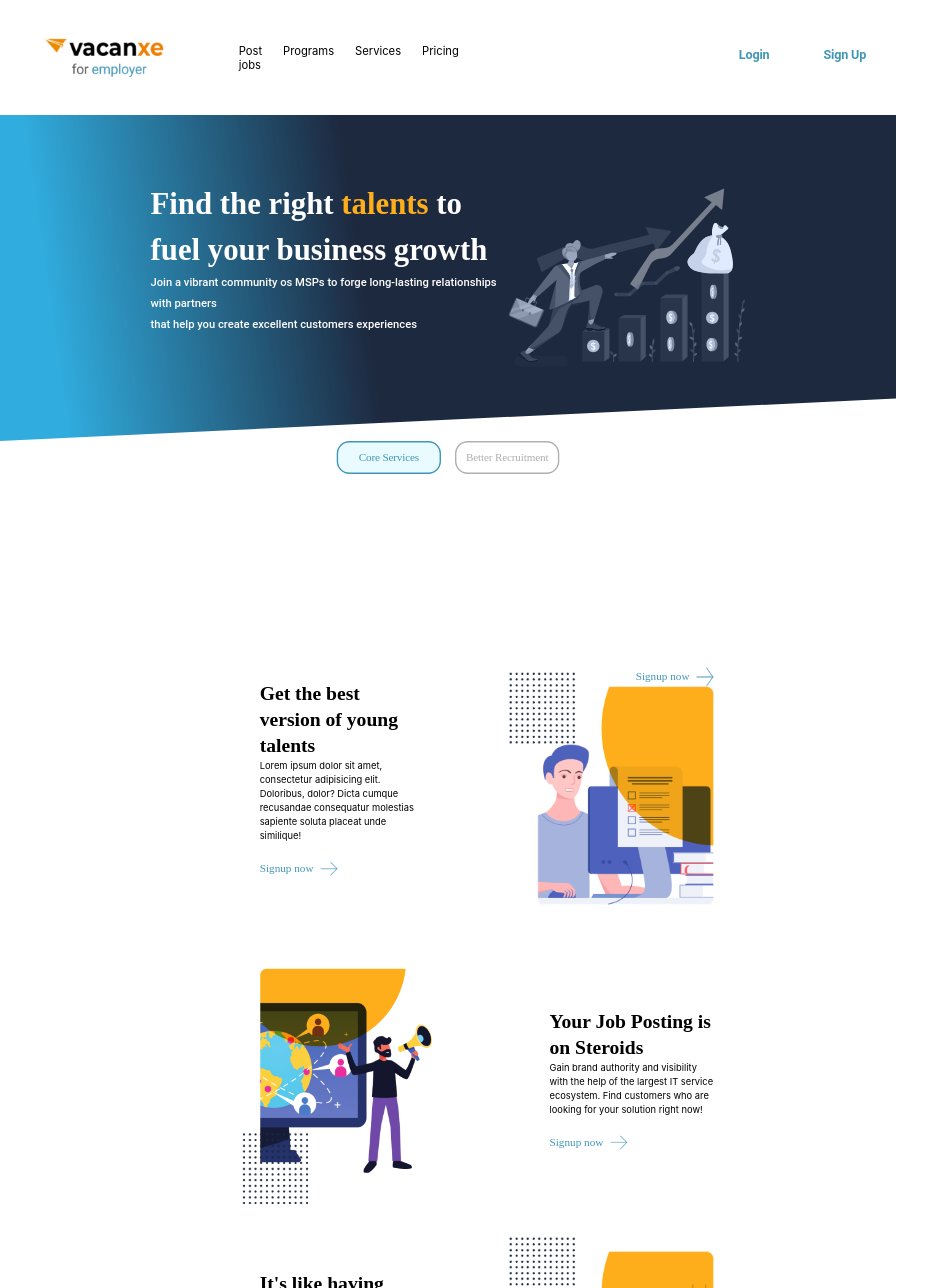
Repository: uh-sman/Vacanxe
Page: /
The author's editor kept a copy of each file at every save. The page is drawn from the files as they stood at one save, then again after the next save.
The browser window is 1280 px wide. The page is 1287 px wide, then 1347 px, so the pictures cover 1347 px, including what lies to the right of the window. The pictures show the part of the page from y = 0 to 1840 px (the page is 3738 px tall), at 70% of full size.
The project was rebuilt for these pictures with package versions that can differ from the ones it lists, and the page was loaded fresh each time. Also part of the build but not shown: src/components/SideNav.jsx.

Above is the page before, as saved 2022-12-04 14:01:54.

### src/App.js
import logo from "./logo.svg";
import "./App.css";
import Head from "./components/Head";

function App() {
  return (
    <div className="App">
      <Head />
    </div>
  );
}

export default App;

### src/App.css
* {
  margin: 0;
  padding: 0;
  box-sizing: border-box;
  list-style: none;
  text-decoration: none;
  /* overflow: hidden; */
}
/* @keyframes App-logo-spin {
  from {
    transform: rotate(0deg);
  }
  to {
    transform: rotate(360deg);
  }
} */

### src/components/Head.js
import React from "react";
import { Body } from "./Body";
import { Footer } from "./Footer";
import { Hero } from "./Hero";
import { Navbar } from "./Navbar";
import { Team } from "./Team";

const Head = () => {
  return (
    <div>
      <Navbar />
      <Hero />
      <Body />
      <Team />
      <Footer />
    </div>
  );
};

export default Head;

### src/components/Body.jsx
import React from "react";
import "./version.css";
import { Services } from "./Services";
import { Versions } from "./Versions";
export const Body = () => {
  return (
    <div>
      <Services />
      <div className="flex">
        <Versions />
      </div>
    </div>
  );
};

### src/components/Footer.jsx
import React from "react";
import logo from "../assets/logo 1.png";
import "./footer.css";
export const Footer = () => {
  return (
    <div>
      <div className="footer-section">
        <div className="image-logo">
          <img src={logo} />
        </div>
        <div className="footer-texts">
          <div className="div">
            <p className="text">
              Your ultimate email solution to grow business and engaging with
              future customers and clients.
            </p>
            <button className="button">Ask Question</button>
          </div>
          <div className="div">
            <ul>
              <h4>Community</h4>
              <li>For Talents</li>
              <li>For Companies</li>
              <li>Facebook Group</li>
              <li>FAQ</li>
            </ul>
          </div>
          <div className="div">
            <ul>
              <h4>About us</h4>
              <li>Meet the Team</li>
              <li>Our Story</li>
              <li>Career</li>
            </ul>
          </div>
          <div className="div">
            <ul>
              <h4>Contacts</h4>
              <p>
                Feel free to get in touch with us via phone or send us a message
              </p>
            </ul>
          </div>
        </div>
        <div className="div">
          <ul>
            <li className="copyright">
              &copy;Vacanxe 2022, All Rights Reserved
            </li>
            <li></li>
          </ul>
        </div>
      </div>
    </div>
  );
};

### src/components/Hero.jsx
import React from "react";
import "./hero.css";
import partner from "../assets/Partner.svg";
export const Hero = () => {
  return (
    <div className="hero">
      <div>
        <div className="container">
          <div className="hero-container">
            <div className="hero-content">
              <h1 className="header">
                Find the right <span>talents</span> to fuel your business growth
              </h1>
              <small className="text">
                Join a vibrant community os MSPs to forge long-lasting
                relationships with partners
                <br /> that help you create excellent customers experiences
              </small>
            </div>
            <div>
              <img src={partner} className="partner-img" />
            </div>
          </div>
        </div>
      </div>
    </div>
  );
};

### src/components/Navbar.jsx
import React from "react";
import logo from "../assets/logo 1.png";
import { data } from "./data";
import { signin } from "./data";
import "./navbar.css";
import { SideNav } from "./SideNav";
export const Navbar = () => {
  return (
    <div>
      <nav className="navbar-container">
        <div>
          <img src={logo} />
        </div>
        <div className="navbar-nav">
          {data.map(({ id, title }) => {
            return (
              <ul key={id}>
                <li>{title}</li>
              </ul>
            );
          })}
        </div>
        {/* <SideNav /> */}
        <div className="link">
          {signin.map(({ id, title }) => {
            return (
              <a href="" key={id}>
                {title}
              </a>
            );
          })}
        </div>

        <div></div>
      </nav>
    </div>
  );
};

//  <div className="nav-list"></div>;
// {
// }
//

### src/components/Team.jsx
import React from "react";
import { ContactInfo } from "./ContactInfo";
import { Form } from "./Form";
import "./team.css";
export const Team = () => {
  return (
    <div>
      <div className="team-container">
        <div className="team">
          <div className="build">
            <div className="team-header">
              <h1>
                <span className="custom"> Build</span> Your Dream Team !
              </h1>
              <small className="small">
                Start your team development with a free consultation. Fill out
                the form and Vacanxe representative will contact you.
              </small>
            </div>
            <div className="flexed">
              {" "}
              <div>
                <Form />
              </div>
              <div>
                <ContactInfo />
              </div>
            </div>
          </div>
        </div>
      </div>
    </div>
  );
};
// ;

### src/components/version.css
.version-link {
  font-family: Poppins;
  font-size: 16px;
  font-weight: 500;
  line-height: 28px;
  letter-spacing: 0em;
  color: #4196b8;
  text-align: center;
}
.versions-container {
  margin-top: 80px;
}
.versions-section1 {
  /* display: grid; */
  /* place-items: center; */
  display: flex;
  gap: 162.58px;
  justify-content: center;
  align-items: center;
  margin-bottom: 80px;
  /* padding: 86px 50px; */

  /* grid-template-columns: 1fr 1fr; */
}
.versions-section2 {
  /* display: grid; */
  /* place-items: center; */
  display: flex;
  gap: 162.58px;
  justify-content: center;
  align-items: center;
  margin: auto;
  /* padding: 86px 50px; */

  /* grid-template-columns: 1fr 1fr; */
}
.versions-section1 {
  /* display: grid; */
  /* place-items: center; */
  display: flex;
  gap: 162.58px;
  justify-content: center;
  align-items: center;
  margin: auto;
  padding-top: 86px;
  padding-left: 110px;

  /* grid-template-columns: 1fr 1fr; */
}
.text-section {
  width: 20%;
}
.h2 {
  font-family: Poppins;
  font-size: 28px;
  font-weight: 700;
  line-height: 37px;
  letter-spacing: 0em;
  /* text-align: left; */
  /* width: 379px;
  height: 74px; */

  /* font-family: "Poppins";
  font-style: normal;
  font-weight: 700;
  font-size: 28px;
  line-height: 37px; */
}
.man {
  height: 313.4984436035156px;
  width: 251.41943359375px;
  /* left: 872.580078125px;
top: 830.1708984375px;
border-radius: [object Object]px; */
}
.flex {
  display: flex;
  gap: 36px;
}
/* .versions-container {
  display: flex;
  flex-direction: column;
  justify-content: center;
  align-items: center;
  margin: auto;
} */
.dotted {
  position: absolute;
  margin-top: -20px;
  margin-left: -40px;
}
.dotted-2 {
  position: absolute;
  margin-top: 235px;
  margin-left: -24px;
}
.arrow {
  margin-top: 24px;
  display: flex;
  align-items: center;
  gap: 10px;
}
.arrow1 {
  margin-top: 24px;
  display: flex;

  /* align-items: flex-end; */
  justify-content: flex-end;
  gap: 10px;
}
@media only screen and (max-width: 950px) {
  .versions-section1 {
    flex-direction: column;
    padding-left: 0px;
  }
  .text-section {
    width: 60%;
  }
}

### src/components/Services.jsx
import React from "react";
import "./services.css";
export const Services = () => {
  return (
    <div>
      <div>
        <ul className="services-button-section">
          <a className="btn-core">Core Services</a>
          <a className="btn-better">Better Recruitment</a>
        </ul>
      </div>
    </div>
  );
};

### src/components/Versions.jsx
import React from "react";
import "./version.css";
import man from "../assets/computer.png";
import img from "../assets/Group 1.png";
import img2 from "../assets/Group_4.png";
import arrow from "../assets/Group.png";
import dotted from "../assets/Dot Pattern 1.png";
export const Versions = () => {
  return (
    <div>
      <div className="versions-container">
        <div className="versions-section1">
          <div className="text-section">
            <h2 className="h2">Get the best version of young talents</h2>
            <small>
              Lorem ipsum dolor sit amet, consectetur adipisicing elit.
              Doloribus, dolor? Dicta cumque recusandae consequatur molestias
              sapiente soluta placeat unde similique!
            </small>
            <div className="arrow">
              <a className="version-link">Signup now </a>
              <img src={arrow} />
            </div>
          </div>
          <div>
            <div className="arrow1">
              <a className="version-link">Signup now </a>
              <img src={arrow} />
            </div>
            <img src={dotted} className="dotted" />
            <img src={man} className="man" />
          </div>
        </div>
        <div className="versions-section1">
          <div>
            <img src={dotted} className="dotted-2" />
            <img src={img} className="man" />
          </div>
          <div className="text-section">
            <h2 className="h2">Your Job Posting is on Steroids</h2>
            <small>
              Gain brand authority and visibility with the help of the largest
              IT service ecosystem. Find customers who are looking for your
              solution right now!
            </small>
            <div className="arrow">
              <a className="version-link">Signup now </a>
              <img src={arrow} />
            </div>
          </div>
        </div>
        <div className="versions-section1">
          <div className="text-section">
            <h2 className="h2">
              It's like having Your Recruitment on autopilot
            </h2>
            <small>
              Share collaterals abd documents that are automatically branded.
              Leverage a rich partner network that sells your solution exactly
              the your best salesman would.
            </small>
            <div className="arrow">
              <a className="version-link">Signup now </a>
              <img src={arrow} />
            </div>
          </div>
          <div>
            <img src={dotted} className="dotted" />
            <img src={img2} className="man" />
          </div>
        </div>
      </div>
    </div>
  );
};

### src/components/footer.css
.footer-section {
  background: #1d293f;
  /* height: 533px; */
  /* width: 1600px; */
  /* left: 127px; */
  /* top: 0px;
  border-radius: 0px; */
}

.image-logo {
  position: absolute;
  /* top: 0; */
  margin-top: -120px;
  /* left: -2px; */
  /* display: flex;
  align-items: center;
  justify-content: center; */
  background-color: white;
  padding-top: 140px;
  padding-left: 30px;
  /* width: 25%; */
  /* height: 40%; */
  /* padding: 10px; */
  height: 255px;
  width: 255px;
  left: -30px;
  /* top: -105px; */
  border-radius: 0px;

  border-radius: 50%;
}
.button {
  border: none;
  margin-top: 28px;
  color: white;
  background: #00b6ff;
  padding: 10px 30px;
  border-radius: 10px;
}
.ultimate-email {
  color: white;
  position: absolute;
  margin-top: 180px;
  padding-left: 245px;
  /* height: 84px;
  left: 21.54%;
  right: 63.06%;
  top: calc(50% - 84px / 2 - 108.5px); */
}
.footer-texts {
  color: #ffff;
  display: grid;
  padding-top: 80px;
  padding-left: 50px;
  /* margin-left: 120px; */
  margin: 0px 80px;
  place-items: center;
  /* margin-right: 40px; */
  margin-top: 180px;
  grid-template-columns: 1fr 1fr 1fr 1fr;
  padding-bottom: 124px;
  border-bottom: 1px solid #8c97ac;
}
.footer-texts h4 {
  color: #8c97ac;
  margin-bottom: 16px;
}
/* .ultimate-email p {
  width: 40%;
} */
.text {
  margin-top: 100px;
  color: #8c97ac;
}
.copyright {
  color: #8c97ac;
  padding: 10px 90px;
}
@media only screen and (min-width: 650px) and (max-width: 1200px) {
  .footer-texts {
    padding-top: 150px;
    grid-template-columns: 1fr 1fr;
    text-align: center;
  }
  .text {
    margin-top: 0px;
  }
  .div {
    margin-bottom: 40px;
  }
}
@media only screen and (max-width: 650px) {
  .footer-texts {
    padding-left: 0px;
    padding-top: 180px;
    grid-template-columns: 1fr;
    text-align: center;
  }
  .text {
    margin-top: 0px;
  }
  .div {
    margin-bottom: 40px;
  }
}

### src/components/hero.css
.hero-container {
  /* position: relative; */
  display: flex;
  justify-content: center;
  /* align-items: center; */
  /* gap: 10px; */
  background: linear-gradient(
    261.8deg,
    #1d293f 59.05%,
    rgba(0, 153, 214, 0.81) 92.75%
  );
  clip-path: polygon(0 0, 100% 0, 100% 87%, 0% 100%);
  height: 466px;

  /* height: 400px; */
  /* width: 1511.9998779296875px; */
  /* left: 0px;
  top: 133px; */
  border-radius: 0px;
}
/* .hero {
  position: relative;
} */
.header {
  color: white;
  font-family: Poppins;
  font-size: 44px;
  font-weight: 700;
  /* width: 40%; */
  /* position: absolute; */
  /* margin-left: 30%; */
  line-height: 65px;
  letter-spacing: 0em;
  /* text-align: center; */
}
.header span {
  color: #ffae1b;
  /* height: 130px; */
  /* width: 620px; */
  /* left: 84.5px;
  top: 0px;
  border-radius: nullpx; */
}
.hero-content {
  color: white;
  padding-top: 95px;
  width: 40%;
}
.text {
  color: white;
  /* padding-top: -40px; */
  /* position: absolute; */
  /* width: 36%; */
  padding-top: 30px;
  /* margin-left: 30%; */
  font-family: Roboto;
  font-size: 16px;
  font-weight: 500;
  line-height: 30px;
  /* text-align: center; */
  letter-spacing: 0em;
}
/* .container {
  display: flex;
} */
.partner-img {
  margin-top: 30%;
  /* height: 259.00042724609375px;
  width: 337.5585021972656px;
  left: 1069px;
  top: 238.9998779296875px;
  border-radius: 0px; */
  /* position: absolute; */
  /* left: 70.7%; */
  /* right: 6.97%; */
  /* top: 6.33%; */
  /* bottom: 86.8%; */

  mix-blend-mode: luminosity;
}
@media only screen and (max-width: 950px) {
  .hero-container {
    align-items: center;
    height: 1000px;
    flex-direction: column;
    /* flex-wrap: wrap; */
  }
  .hero-content {
    padding-top: 0px;
  }
  .partner-img {
    margin-top: 20px;
    margin-bottom: 90px;
  }
  /* .hero-content {
    width: 100vw;
  } */
}

### src/components/data.js
export const data = [
  {
    id: 1,
    title: "Post jobs",
  },
  {
    id: 2,
    title: "Programs",
  },
  {
    id: 3,
    title: "Services",
  },
  {
    id: 4,
    title: "Pricing",
  },
];

export const signin = [
  {
    id: 1,
    title: "Login",
  },
  {
    id: 2,
    title: "Sign Up",
  },
];

### src/components/navbar.css
.navbar-container {
  display: flex;
  align-items: center;
  justify-content: space-between;
  margin: 50px 60px;
  gap: 100px;
}
.nav-list {
  display: flex;
  gap: 30px;
}
.navbar-nav {
  margin-right: 180px;
  display: flex;
  gap: 30px;
}
.nav-list ul li {
  height: 43px;
  width: 83px;
  left: 770px;
  top: 36px;
  /* border-radius: nullpx; */
}
.link {
  /* margin-right: 80px; */
  display: flex;
  margin-left: 120px;
  /* justify-content: flex-end; */
  /* align-items: flex-end; */
  gap: 10px;
}
.link a {
  font-family: Roboto;
  font-size: 18px;
  font-weight: 700;
  line-height: 21px;
  letter-spacing: -0.015em;
  text-align: left;

  color: #4196b8;
  height: 31px;
  width: 111px;
  left: 1221px;
  top: 47px;
  /* border-radius: nullpx; */
}
.burger-img {
  width: 50px;
}
@media only screen and (max-width: 1200px) {
  .navbar-nav {
    display: none;
  }
  .sidebar-container {
    /* display: inline-block; */
    /* margin: 0 0.5rem; */
    /* animation: slideInRight 2s; */
    /* animation-duration: 2s; */
    border-top-left-radius: 10px;
    border-bottom-left-radius: 10px;
    height: 100%;
    width: 60%;
    top: 0px;
    right: 0px;
    background-color: #222222;
    position: fixed;
  }
}

### src/components/ContactInfo.jsx
import React from "react";
import "./contact.css";
import location from "../assets/Location.png";
import message from "../assets/Message.png";
import twitter from "../assets/twitter.png";
import facebook from "../assets/facebook.png";
import instagram from "../assets/instagram.png";
import linkedin from "../assets/linkedin.png";
import stroke from "../assets/Stroke 5.png";
export const ContactInfo = () => {
  return (
    <div>
      <div className="contact-container">
        <h1 className="header-text">Contact info:</h1>
        <div className="contact-section">
          <div>
            <p className="contact">
              <img src={location} /> 4157 Washington Ave. Manchester, Kentucky
              39495
            </p>
          </div>
          <div>
            <ul className="contact-list">
              <div>
                <img src={stroke} />
              </div>
              <div>
                <li>(505) 555-0119</li>
                <li>(505) 555-0120</li>
                <li>(505) 555-0125</li>
              </div>
            </ul>
          </div>
          <div>
            <p className="contact">
              <img src={message} /> Consult@Vacanxe.com
            </p>
          </div>
          <div>
            <h2>Follow us:</h2>
            <div className="socials">
              <img src={facebook} />
              <img src={twitter} />
              <img src={linkedin} />
              <img src={instagram} />
            </div>
          </div>
        </div>
      </div>
    </div>
  );
};

### src/components/Form.jsx
import React from "react";
import { ContactInfo } from "./ContactInfo";
import "./form.css";
export const Form = () => {
  return (
    <div>
      <div className="team-section">
        <div>
          <form className="form-container">
            <div className="form">
              <label>Your name</label>
              <input className="input-field" placeholder="Enter your name" />
            </div>
            <div className="form">
              <label>Your email</label>
              <input className="input-field" placeholder="Enter your email" />
            </div>
            <div className="form">
              <label>Your Phone Number</label>
              <input
                className="input-field"
                placeholder="Enter your phone number"
              />
            </div>
            <div className="form">
              <label>Your Company Name</label>
              <input
                className="input-field"
                placeholder="Enter your Company Name"
              />
            </div>
            <div className="form">
              <label>Message</label>
              <input className="message" placeholder="Type here..." />
            </div>
            <button className="form-button">Consult with us</button>
          </form>
        </div>
      </div>
    </div>
  );
};

### src/components/team.css
.team-container {
  background: #f4fbff;
  /* height: 1101px; */
  /* width: 1539px; */
  /* left: -14px;
top: 2142px; */
  border-radius: 0px;
}
.custom {
  border-bottom: 4px solid #4eb9e3;
}
.build {
  color: #4b4c4e;
}
.flexed {
  margin: 73px 0px;
  display: flex;
  gap: 98px;
}
.team {
  display: flex;
  justify-content: center;
  padding: 64px 0px;
}
/* .small {
  padding-bottom: 73px;
} */
@media only screen and (max-width: 950px) {
  .flexed {
    flex-direction: column;
  }
  .team-header {
    text-align: center;
  }
}

### src/components/services.css
.services-button-section {
  display: flex;
  gap: 20px;
  justify-content: center;

  margin-bottom: 86px;
}
.btn-core {
  font-family: Poppins;
  font-size: 16px;
  font-weight: 500;
  line-height: 24px;
  letter-spacing: -0.015em;
  text-align: center;
  border: 2px solid #4196b8;
  height: 47px;
  width: 149px;
  display: flex;
  align-items: center;
  justify-content: center;
  border-radius: 18px;
  background-color: #e9fbff;
  color: #4196b8;
}
.btn-better {
  font-family: Poppins;
  font-size: 16px;
  font-weight: 500;
  line-height: 24px;
  letter-spacing: -0.015em;
  text-align: center;
  border: 2px solid #afafaf;
  height: 47px;
  width: 149px;
  display: flex;
  align-items: center;
  justify-content: center;
  border-radius: 18px;
  background-color: #ededed 10%;
  color: #afafaf;
}
@media only screen and (max-width: 450px) {
  .services-button-section {
    gap: 20px;
    flex-direction: column;
    align-items: center;
    margin-bottom: 0px;
  }
}

### src/components/contact.css
.header-text {
  /* height: 28px;
  width: 132px;
  left: 931px;
  top: 2435px;
  border-radius: nullpx; */
}
.contact {
  display: flex;
  align-items: center;
  gap: 20px;
}
.contact-section {
  display: flex;
  flex-direction: column;
  gap: 40px;
  margin: 30px 0px;
}
.contact-list {
  display: flex;
  gap: 20px;
}
.socials {
  margin-top: 16px;
  display: flex;
  gap: 10px;
}
@media only screen and (max-width: 750px) {
  .contact-container {
    padding: 0px 30px;
  }
}

### src/components/form.css
.form {
  display: flex;
  flex-direction: column;
}
.form label {
  height: 22px;
  width: 78px;
  left: 263px;
  top: 2409px;
  border-radius: nullpx;
}
.input-field {
  padding: 0px 24px;
  height: 55px;
  width: 574px;
  left: 259px;
  top: 2536px;
  border-radius: 10px;
  border: 1px solid #c8d0da;
  outline: transparent;
}
.message {
  padding: 0px 24px;
  height: 203px;
  width: 574px;
  left: 259px;
  /* top: 2839px; */
  border: 1px solid #c8d0da;
  border-radius: 10px;
  outline: transparent;
}
.form-button {
  font-family: Rubik;
  font-size: 14px;
  font-weight: 700;
  line-height: 16px;
  /* letter-spacing: 0em; */
  /* text-align: left; */

  margin-top: 19px;
  border: none;
  color: white;
  background-color: #4eb9e3;
  height: 40px;
  width: 215px;
  left: 257px;
  top: 3061px;
  border-radius: 8px;
  padding: 12px 24px 12px 24px;
}
.form-container {
  display: flex;
  flex-direction: column;
  align-items: center;
  justify-content: center;
}
/* .team-section {
  display: flex;
  justify-content: center;
  align-items: center;
} */

@media only screen and (min-width: 200px) and (max-width: 600px) {
  .input-field {
    width: 250px;
  }
  .message {
    width: 250px;
  }
}

Loaded but not shown: public/index.html (common file); src/index.js (common file); src/index.css (common file); src/reportWebVitals.js (common file)

After the next save:
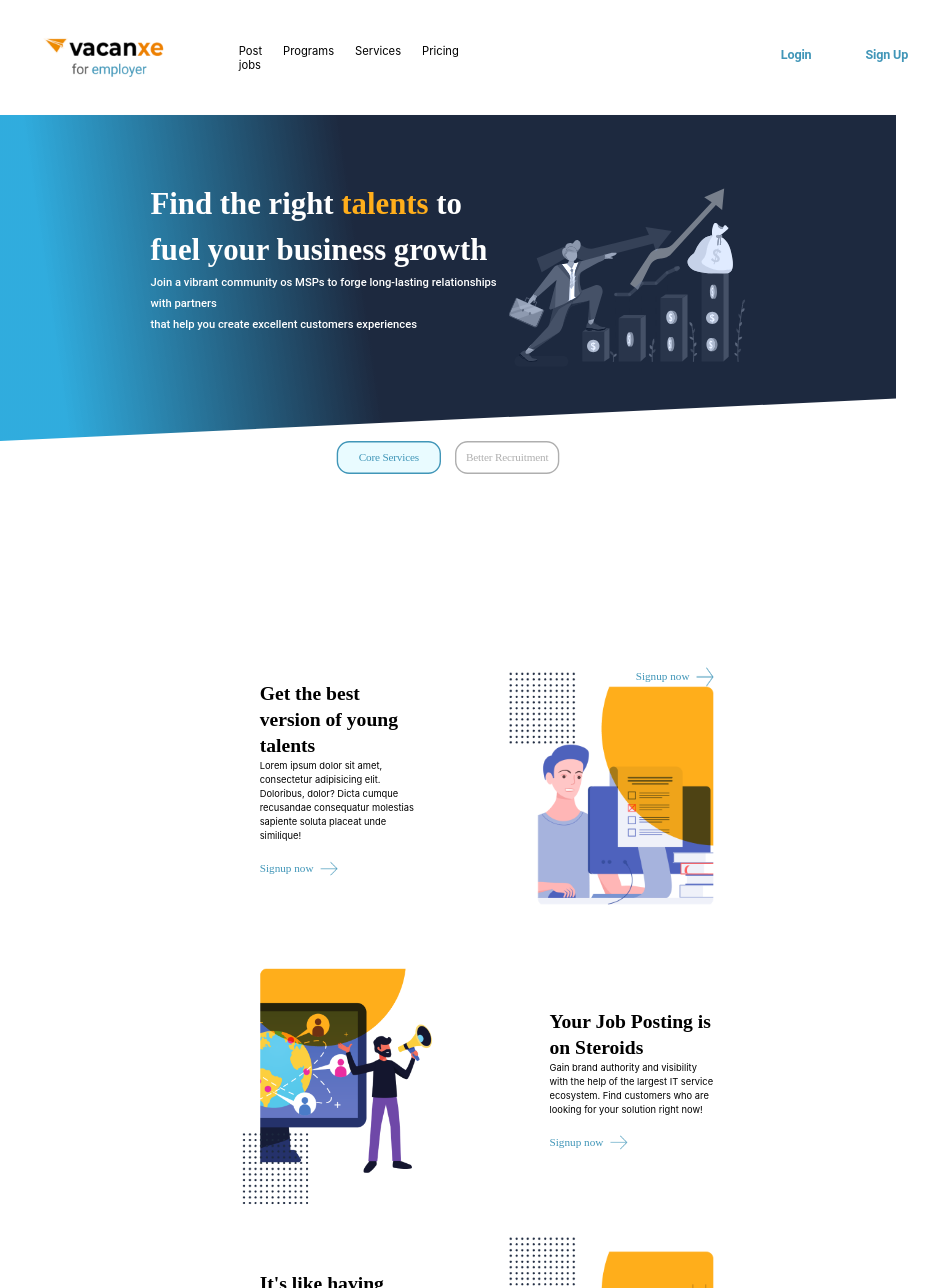
Saved 10 s later.
--- a/src/components/navbar.css
+++ b/src/components/navbar.css
@@ -10,7 +10,7 @@
   gap: 30px;
 }
 .navbar-nav {
-  margin-right: 180px;
+  margin-right: 240px;
   display: flex;
   gap: 30px;
 }
